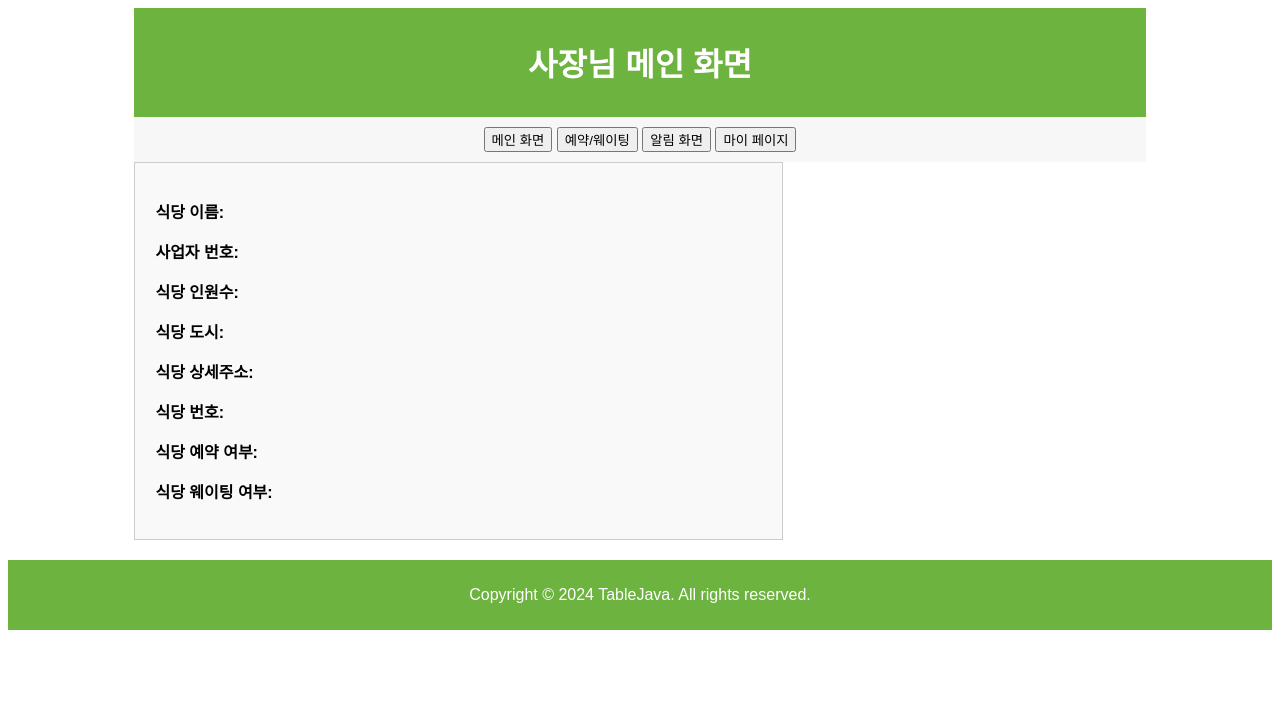
Repository: MeGuuuun/-_TableJava
Page: http://localhost/kimbanbagi/ownerMain.jsp
An editor plug-in stored every save of this project. The page is shown before and after the next save, followed by the edit.
The browser window is 1280 px wide. The pictures show the whole page.
The page is served by Tomcat 10. Other server files are loaded and not shown. The template is opened directly, without the code that normally fills it, so the values that code supplies are empty.

Above is the page before, as saved 2024-06-07 01:41:12.

### tableJava/kimbanbagi/WebContent/ownerMain.jsp
<%@ page contentType="text/html; charset=UTF-8" pageEncoding="utf-8" language="java" %>
<%@ page import="dc.human.kimbanbagi.tableJava.dto.RestaurantDTO" %>
<%@ taglib prefix="c" uri="http://java.sun.com/jsp/jstl/core" %>
<!DOCTYPE html>
<html>
<head>
    <meta charset="UTF-8">
    <title>Restaurant Information</title>
    <style>
        body {
            font-family: Arial, sans-serif;
        }
        .container {
            width: 80%;
            margin: auto;
        }
        .header, .nav, .main, .footer {
            padding: 10px;
        }
        .header {
            background: #6DB33F;
            color: white;
            text-align: center;
        }
        .nav {
            background: #F7F7F7;
            text-align: center;
        }
        .nav a {
            margin: 0 15px;
            text-decoration: none;
            color: #333;
        }
        .main {
            display: flex;
            justify-content: space-around;
            margin-top: 20px;
        }
        .main img {
            max-width: 300px;
        }
        .info {
            border: 1px solid #ccc;
            padding: 20px;
            background: #F9F9F9;
            width: 60%;
        }
        .footer {
            background: #6DB33F;
            color: white;
            text-align: center;
            margin-top: 20px;
        }
        .edit-btn {
            display: inline-block;
            padding: 10px 20px;
            background: #6DB33F;
            color: white;
            text-decoration: none;
            border-radius: 5px;
        }
    </style>
</head>
<body>

    <div class="container">
        <div class="header">
            <h1>사장님 메인 화면</h1>

        </div>
        <div class="nav">
            <button onclick="location.reload()">메인 화면</button>
            <button onclick="location.href='ownerBookList.jsp'">예약/웨이팅</button>
            <button onclick="location.href='notification.jsp'">알림 화면</button>
            <button onclick="location.href='myPage.jsp'">마이 페이지</button>
        </div>
            <div class="info">
                <p><strong>식당 이름:</strong> ${restaurant.r_name}</p>
                <p><strong>사업자 번호:</strong> ${requestScope.restaurantId}</p>
                <p><strong>식당 인원수:</strong> ${restaurant.r_head}</p>
                <p><strong>식당 도시:</strong> ${restaurant.r_city}</p>
                <p><strong>식당 상세주소:</strong> ${restaurant.r_address}</p>
                <p><strong>식당 번호:</strong> ${restaurant.r_number}</p>
                <p><strong>식당 예약 여부:</strong> ${restaurant.r_status}</p>
                <p><strong>식당 웨이팅 여부:</strong> ${restaurant.w_status}</p>
            </div>
        </div>
        <div class="footer">
            <p>Copyright © 2024 TableJava. All rights reserved.</p>
        </div>
    </div>
</body>
</html>

After the next save:
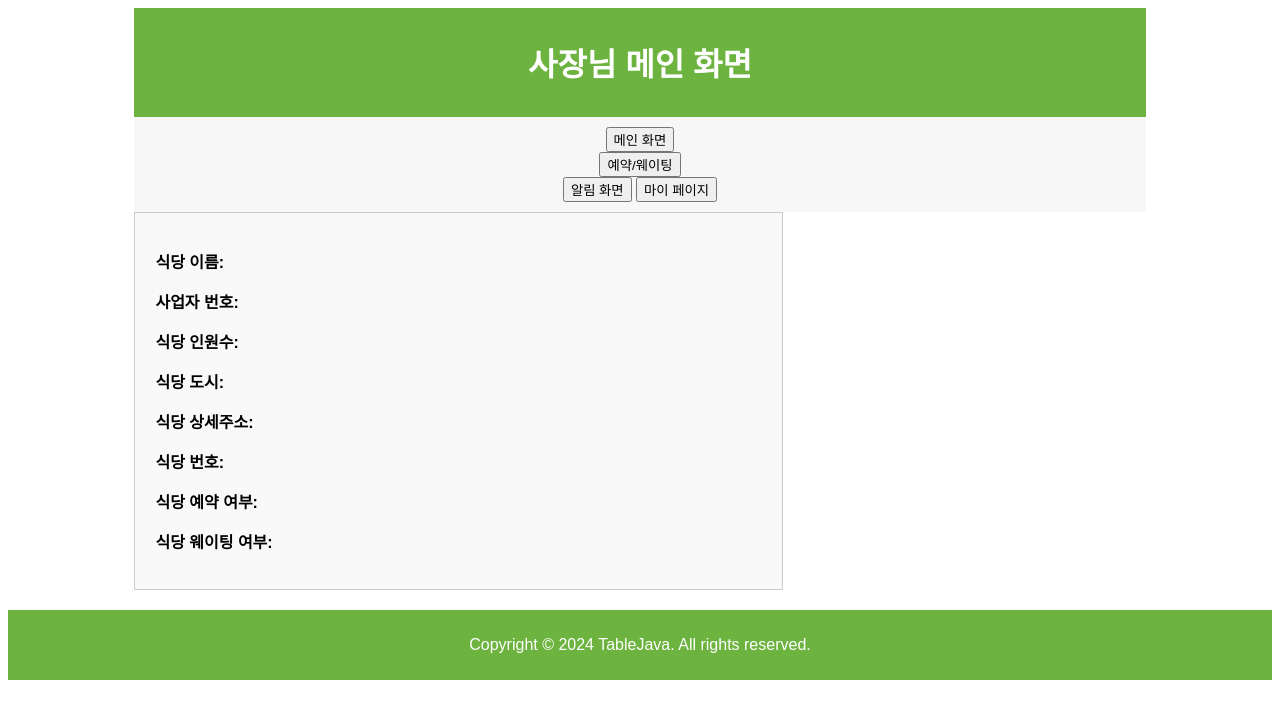
Saved 70 s later.
--- a/tableJava/kimbanbagi/WebContent/ownerMain.jsp
+++ b/tableJava/kimbanbagi/WebContent/ownerMain.jsp
@@ -70,7 +70,9 @@
         </div>
         <div class="nav">
             <button onclick="location.reload()">메인 화면</button>
-            <button onclick="location.href='ownerBookList.jsp'">예약/웨이팅</button>
+            <form method="POST" action="OwnerBookList">
+            	<button type="submit" onclick="location.href='ownerBookList.jsp'">예약/웨이팅</button>
+            </form>
             <button onclick="location.href='notification.jsp'">알림 화면</button>
             <button onclick="location.href='myPage.jsp'">마이 페이지</button>
         </div>
